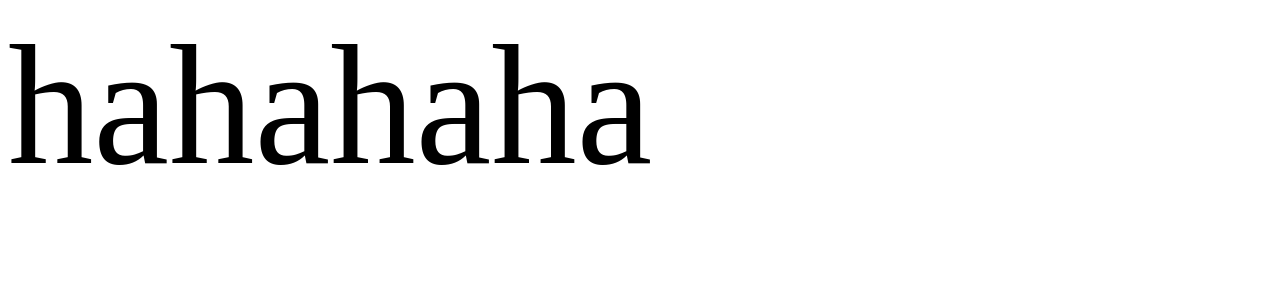
Repository: LumiereXyloto/javascript-data-structure
Page: 实现指定效果/rem.html
The author's editor kept a copy of each file at every save. The page is drawn from the files as they stood at one save, then again after the next save.
The browser window is 1280 px wide. The pictures show the whole page.

Above is the page before, as saved 2020-02-25 00:13:19.

After the next save:
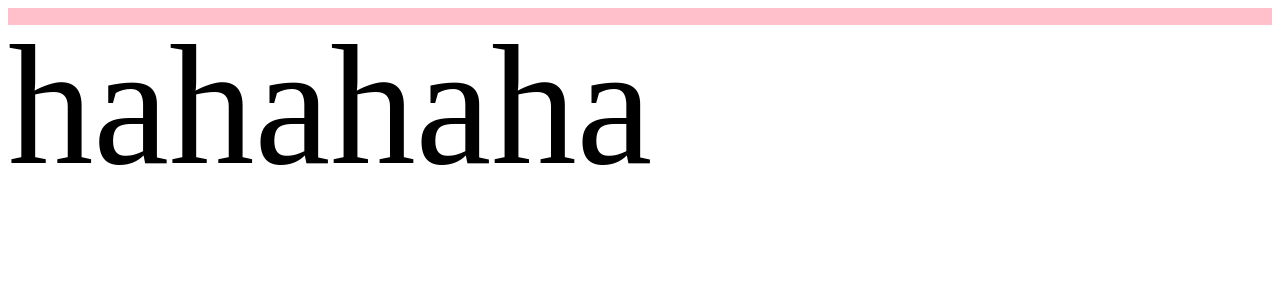
Saved 9 s later.
--- a/实现指定效果/rem.html
+++ b/实现指定效果/rem.html
@@ -8,6 +8,7 @@
     .myDiv {
       width: 100%;
       height: .1rem;
+      background-color: pink;
     }
   </style>
 </head>
